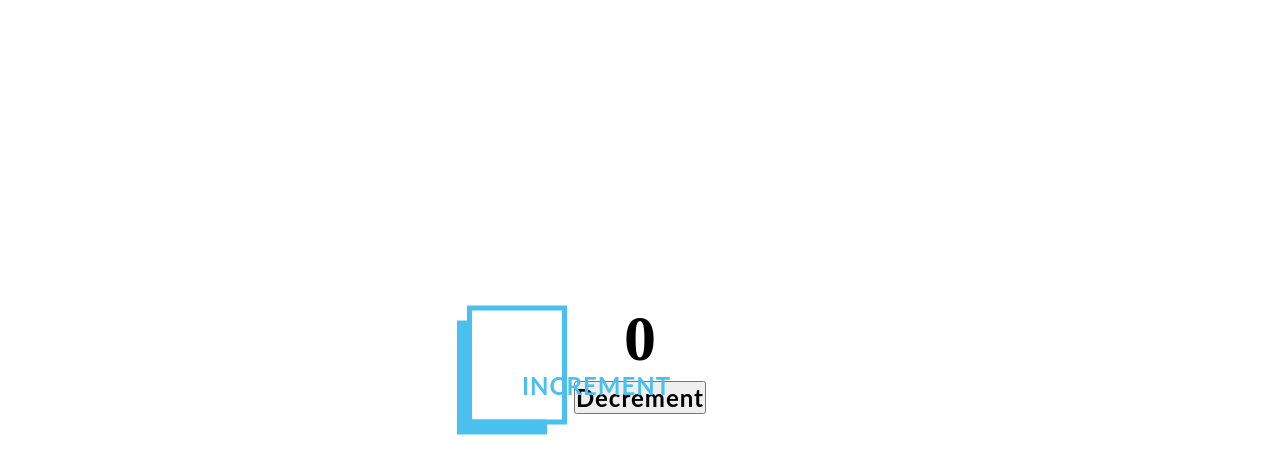
Repository: Ellisvelandia/react_introduction_test
Page: /
An editor plug-in stored every save of this project. The page is shown before and after the next save, followed by the edit.
The browser window is 1280 px wide. The pictures show the whole page.
The project was rebuilt for these pictures with package versions that can differ from the ones it lists, and the page was loaded fresh each time. Also part of the build but not shown: src/index.css.

Above is the page before, as saved 2022-08-15 20:07:06.

### src/App.js
import "./App.scss";
import React, { useState } from "react";

const App = () => {
  const [num, changeNum] = useState(0);

  const incrementNum = () => {
    changeNum(num + 2);
  };

  const decrementNum = () => {
    if (num - 1 < 0) {
      alert(`you can't decrease than 0`);
    } else {
      changeNum(num - 2);
    }
  };

  return (
    <>
      <div className="container">
        <h1>{num}</h1>
        <button className="button_I" onClick={incrementNum}>Increment</button>
        <button className="button_D" onClick={decrementNum}>Decrement</button>
      </div>
    </>
  );
};

export default App;

### src/App.scss
* {
  margin: 0;
  padding: 0;
  box-sizing: border-box;
}

body {
  width: 100%;
  height: 100vh;
  display: flex;
  justify-content: center;
  align-items: center;
  flex-direction: column;
}

.container {
  align-self: center;
}

h1 {
  text-align: center;
  font-size: 4rem;
}

button {
  font-size: 1.5rem;
  margin: 5px;
  font-family: "Lato", sans-serif;
  font-weight: 300;
  letter-spacing: 1px;
  font-weight: bold;
}


.button_I {
  position: absolute;
  left: 40%;
  top: 50%;
  transform: translateX(-50%) translateY(-50%);

  background: #fff;
  max-width: 100px;
  padding: 60px 5px  20px  50px;

  border: 5px solid #4ac0ee;
  color: #4ac0ee;
  font-weight: bold;
  text-transform: uppercase;
  text-align: center;

  z-index: 2;
  transition: all 0.15s 0.15s ease-out;

  &:after,
  &:before {
    position: absolute;
    width: 100%;
    max-width: 100%;
    top: 100%;
    left: 0;
    bottom: -10px;
    content: "";
    z-index: 1;
    transition: all 0.15s 0.15s ease-out;
  }

  &:before {
    background: #4ac0ee;
    top: 10px;
    left: -15px;
    height: 100%;
    width: 15px;
  }

  &:after {
    width: 100%;
    background: #4ac0ee;
    right: 0px;
    left: -15px;
    height: 15px;
  }

  &:hover {
    background: #4ac0ee;
    color: #fff;
    margin-left: -7.5px;
    margin-bottom: -7.5px;

    &:after,
    &:before {
      top: 100%;
      left: 0;
      bottom: 0px;
    }

    &:before {
      top: 0px;
      left: 0px;
      width: 0px;
    }

    &:after {
      right: 0px;
      left: 0px;
      height: 0px;
    }
  }
}

Loaded but not shown: public/index.html (common file); src/index.js (common file); src/reportWebVitals.js (common file)

After the next save:
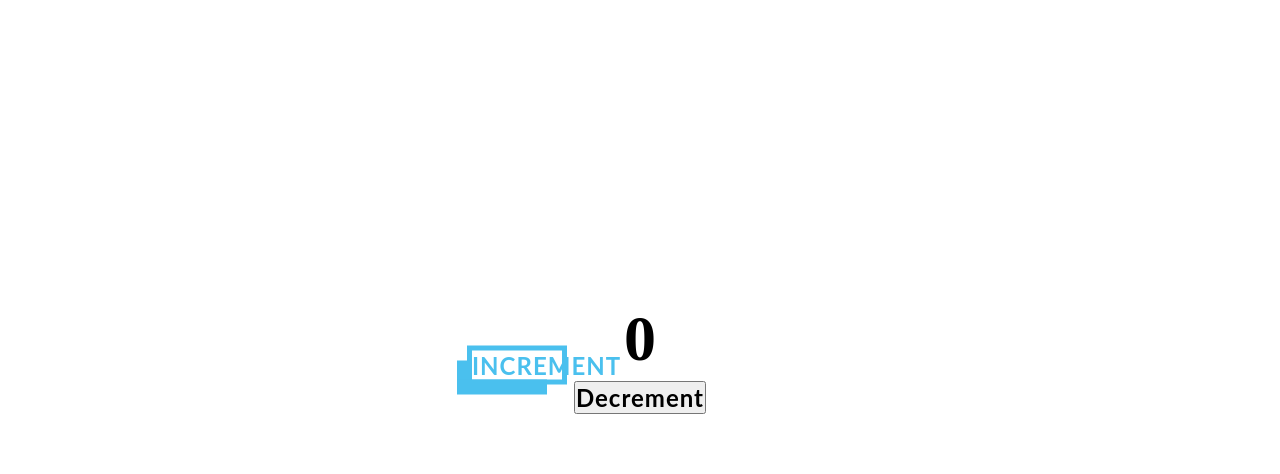
Saved 6 s later.
--- a/src/App.scss
+++ b/src/App.scss
@@ -40,7 +40,7 @@ button {
 
   background: #fff;
   max-width: 100px;
-  padding: 60px 5px  20px  50px;
+  padding: 60px 5px  20px  -50px;
 
   border: 5px solid #4ac0ee;
   color: #4ac0ee;
